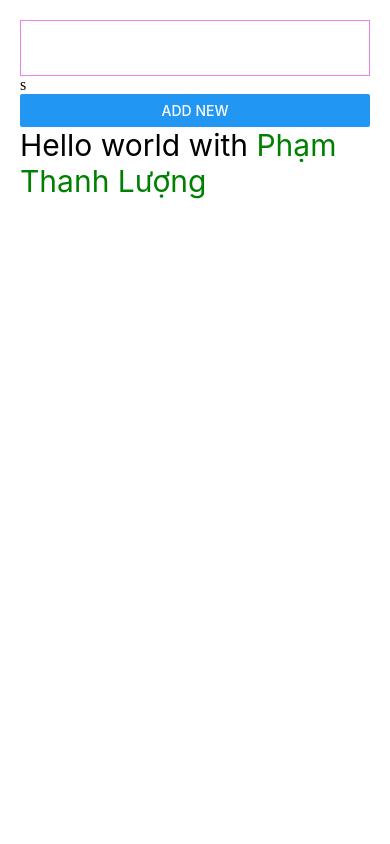
Repository: LuongPTCE181311/React-Native-Ultimate
Screen: /
An editor plug-in stored every save of this project. The screen is shown before and after a run of saves, followed by the edit.
The app was drawn by React Native's web renderer in a window 390 px wide. The project was rebuilt for these pictures with package versions that can differ from the ones it lists, and the page was loaded fresh each time. Some packages were replaced by stand-ins written for this rebuild.

Above is the screen before, as saved 2026-05-30 15:48:11.

After the next 5 saves:
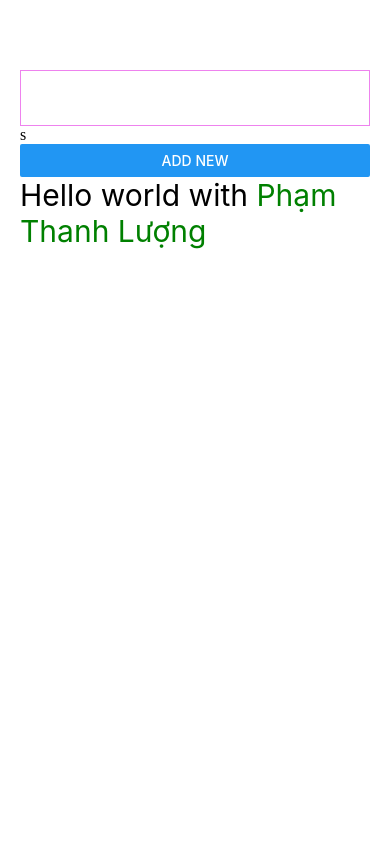
The 5 saves are shown as one change because 1 did not build or start and some came seconds apart.
The last was saved 18 s later.
--- a/App.tsx
+++ b/App.tsx
@@ -52,6 +52,7 @@ const styles = StyleSheet.create({
     // justifyContent: 'center'
     paddingHorizontal: 20,
     paddingTop: 20,
+    marginTop: 50
   },
   borderInput: {
     borderColor: "violet",
